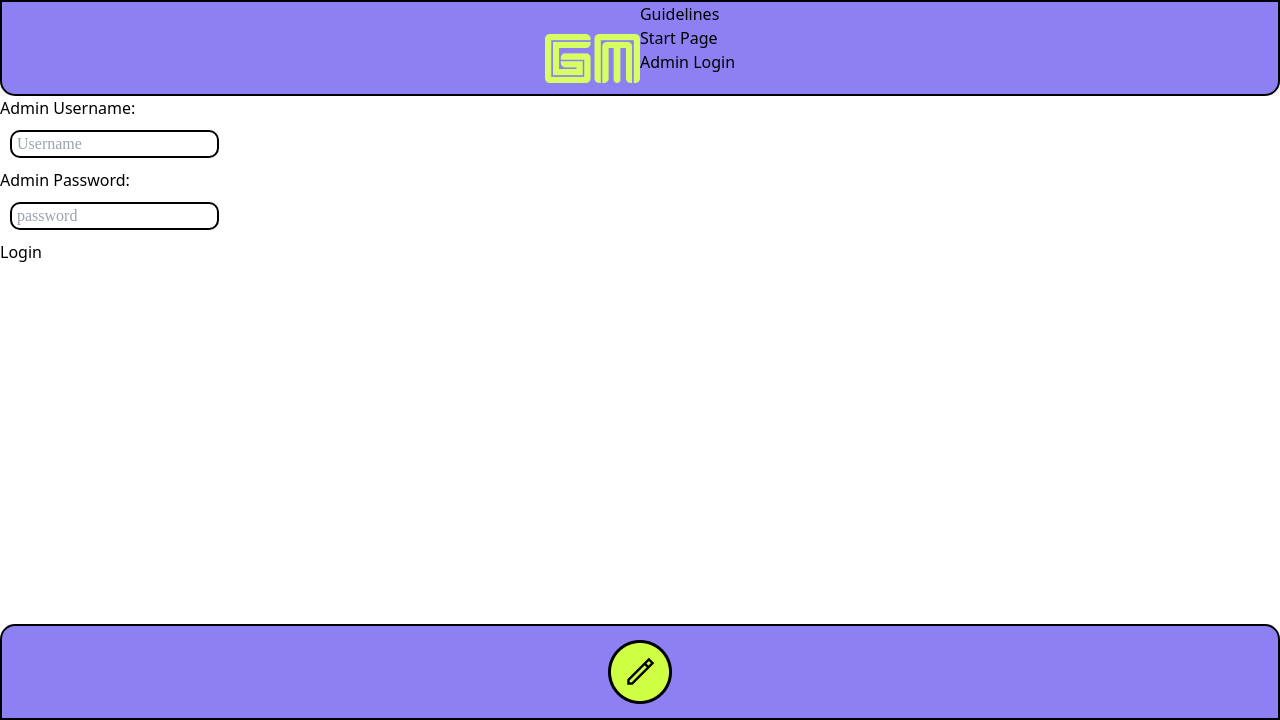
Repository: Yahya9102/Java22-ux22-Sideproject-main
Page: /adminLogin
An editor plug-in stored every save of this project. The page is shown before and after the next save, followed by the edit.
The browser window is 1280 px wide. The pictures show the whole page.
The project was rebuilt for these pictures with package versions that can differ from the ones it lists, and the page was loaded fresh each time. The framework's server and built-in components were replaced by stand-ins that run in the browser. Also part of the build but not shown: next.config.js.

Above is the page before, as saved 2023-05-04 13:57:31.

After the next save:
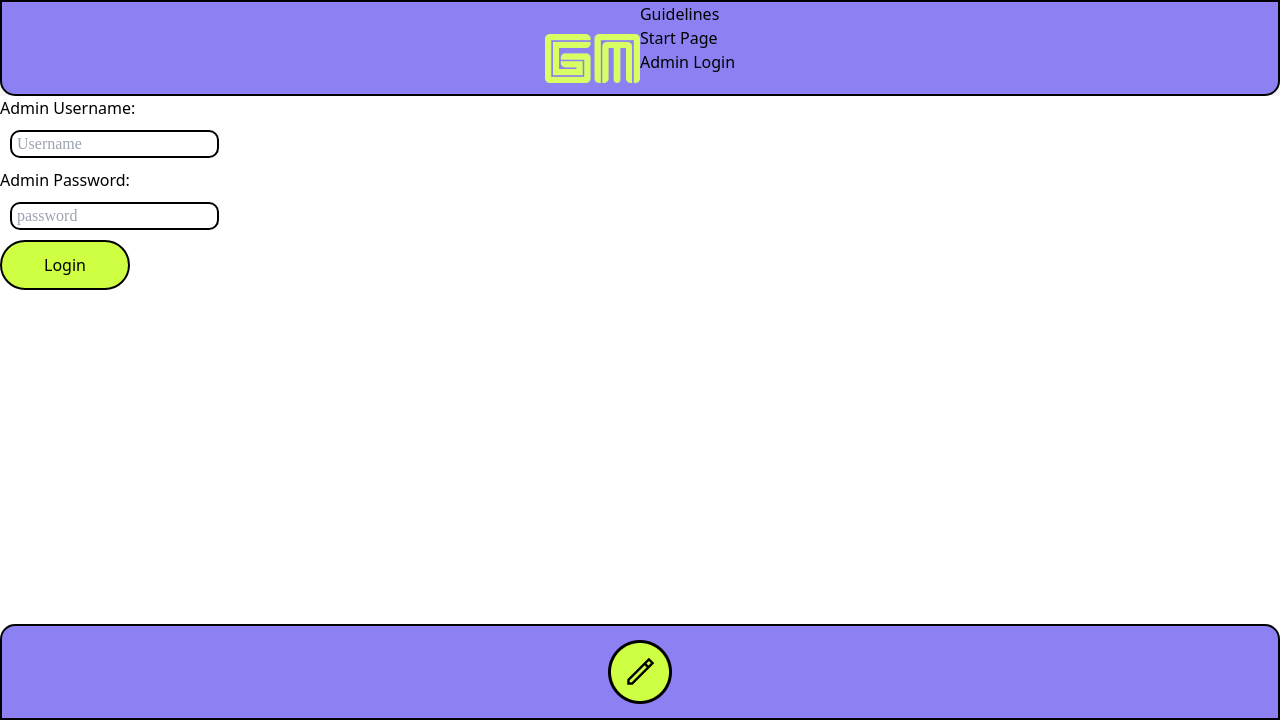
Saved 3 s later.
--- a/p-components/AdminLogin.tsx
+++ b/p-components/AdminLogin.tsx
@@ -62,7 +62,7 @@ const AdminLogin: NextPage = () => {
           placeholder="password"
         />
         <br />
-        <button className={styles.createpost_button} onClick={handleLoginClick}>
+        <button className={styles.adminLogin_button} onClick={handleLoginClick}>
           Login
         </button>
       </fieldset>
